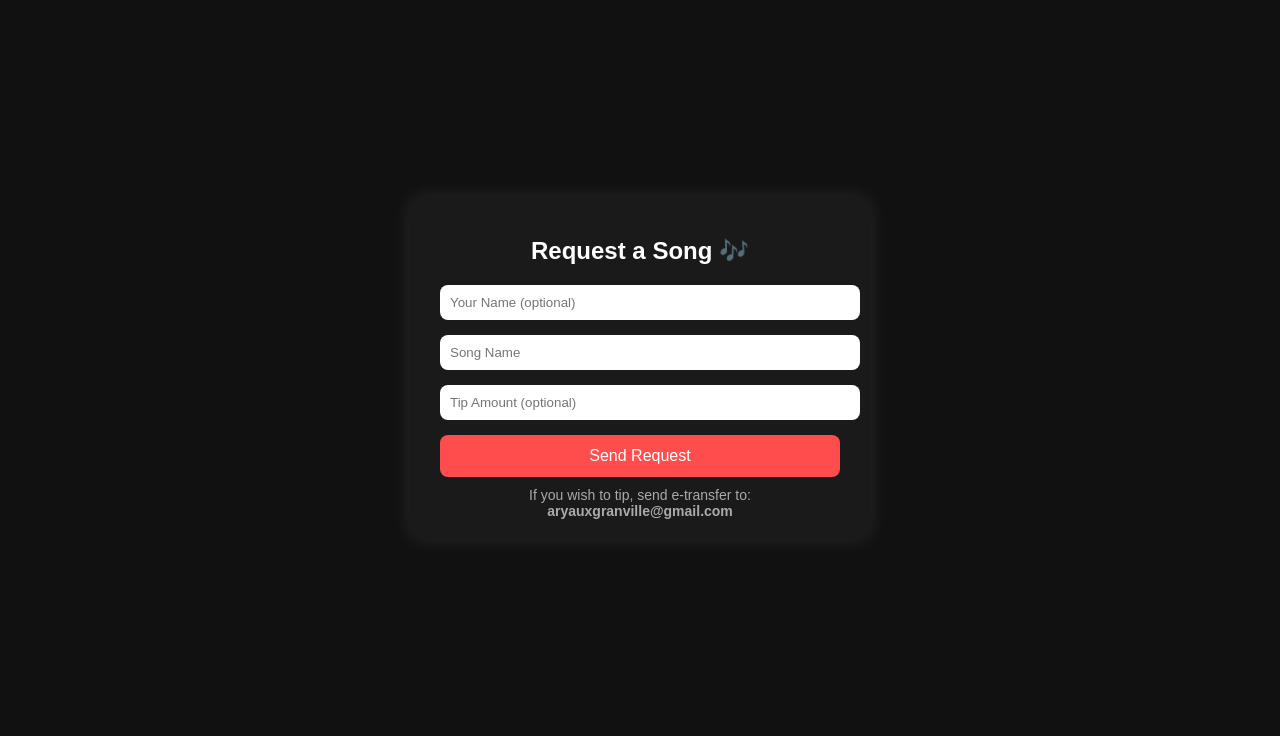
Repository: AryanHeravi/DJ-Request
Page: index.html
The author's editor kept a copy of each file at every save. The page is drawn from the files as they stood at one save, then again after the next save.
The browser window is 1280 px wide. The pictures show the whole page.

Above is the page before, as saved 2026-01-05 05:21:29.
Console error: ReferenceError: emailjs is not defined

### index.html
<!DOCTYPE html>
<html lang="en">
<head>
<meta charset="UTF-8">
<meta name="viewport" content="width=device-width, initial-scale=1.0">
<title>Bar Song Request</title>
<style>
  body {
    font-family: Arial, sans-serif;
    background: #111;
    color: #fff;
    display: flex;
    justify-content: center;
    align-items: center;
    height: 100vh;
  }
  .container {
    background: #1a1a1a;
    padding: 20px 30px;
    border-radius: 15px;
    max-width: 400px;
    width: 100%;
    box-shadow: 0 0 20px rgba(255,255,255,0.1);
  }
  h2 {
    text-align: center;
    margin-bottom: 20px;
  }
  input, textarea {
    width: 100%;
    padding: 10px;
    margin-bottom: 15px;
    border-radius: 8px;
    border: none;
    outline: none;
  }
  button {
    width: 100%;
    padding: 12px;
    background: #ff4d4d;
    border: none;
    border-radius: 8px;
    color: white;
    font-size: 16px;
    cursor: pointer;
  }
  button:hover {
    background: #ff1a1a;
  }
  .tip-info {
    text-align: center;
    font-size: 14px;
    margin-top: 10px;
    color: #aaa;
  }
</style>
</head>
<body>

<div class="container">
  <h2>Request a Song 🎶</h2>
  <form id="songForm">
    <input type="text" id="name" placeholder="Your Name (optional)">
    <input type="text" id="song" placeholder="Song Name" required>
    <input type="text" id="tip" placeholder="Tip Amount (optional)">
    <button type="submit">Send Request</button>
  </form>
  <div class="tip-info">
    If you wish to tip, send e-transfer to: <br> <strong>aryauxgranville@gmail.com
</strong>
  </div>
</div>

<script src="https://cdn.jsdelivr.net/npm/emailjs-com@3.2.0/dist/email.min.js"></script>
<script>
  // Initialize EmailJS
  (function(){
    emailjs.init("YOUR_USER_ID"); // Replace with your EmailJS user ID
  })();

  const form = document.getElementById('songForm');
  form.addEventListener('submit', function(e) {
    e.preventDefault();

    const name = document.getElementById('name').value;
    const song = document.getElementById('song').value;
    const tip = document.getElementById('tip').value;

    // Send email via EmailJS
    emailjs.send("YOUR_SERVICE_ID", "YOUR_TEMPLATE_ID", {
      name: name,
      song: song,
      tip: tip
    })
    .then(() => {
      alert("Song request sent! Thanks 🎵");
      form.reset();
    }, (err) => {
      alert("Oops! Something went wrong. Try again.");
      console.error(err);
    });
  });
</script>

</body>
</html>

After the next save:
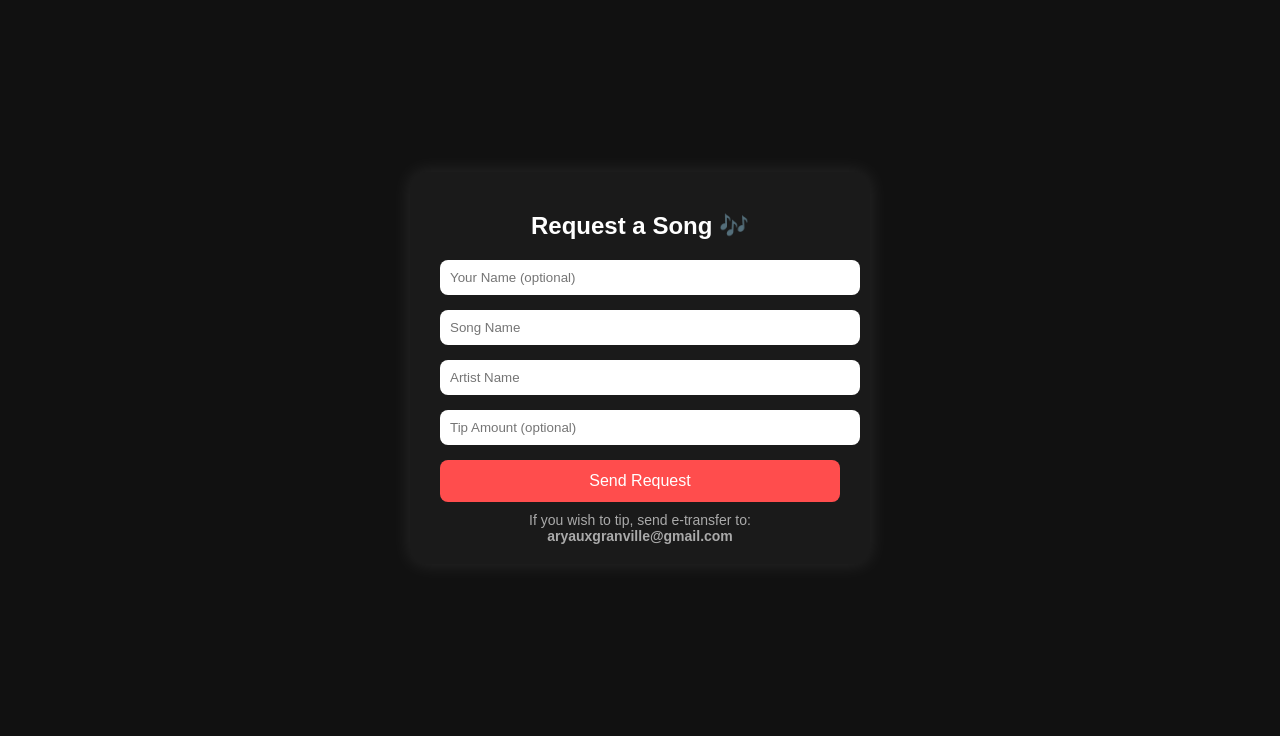
Saved 94 s later.
--- a/index.html
+++ b/index.html
@@ -62,6 +62,7 @@
   <form id="songForm">
     <input type="text" id="name" placeholder="Your Name (optional)">
     <input type="text" id="song" placeholder="Song Name" required>
+    <input type="text" id="artist" placeholder="Artist Name" required>
     <input type="text" id="tip" placeholder="Tip Amount (optional)">
     <button type="submit">Send Request</button>
   </form>
